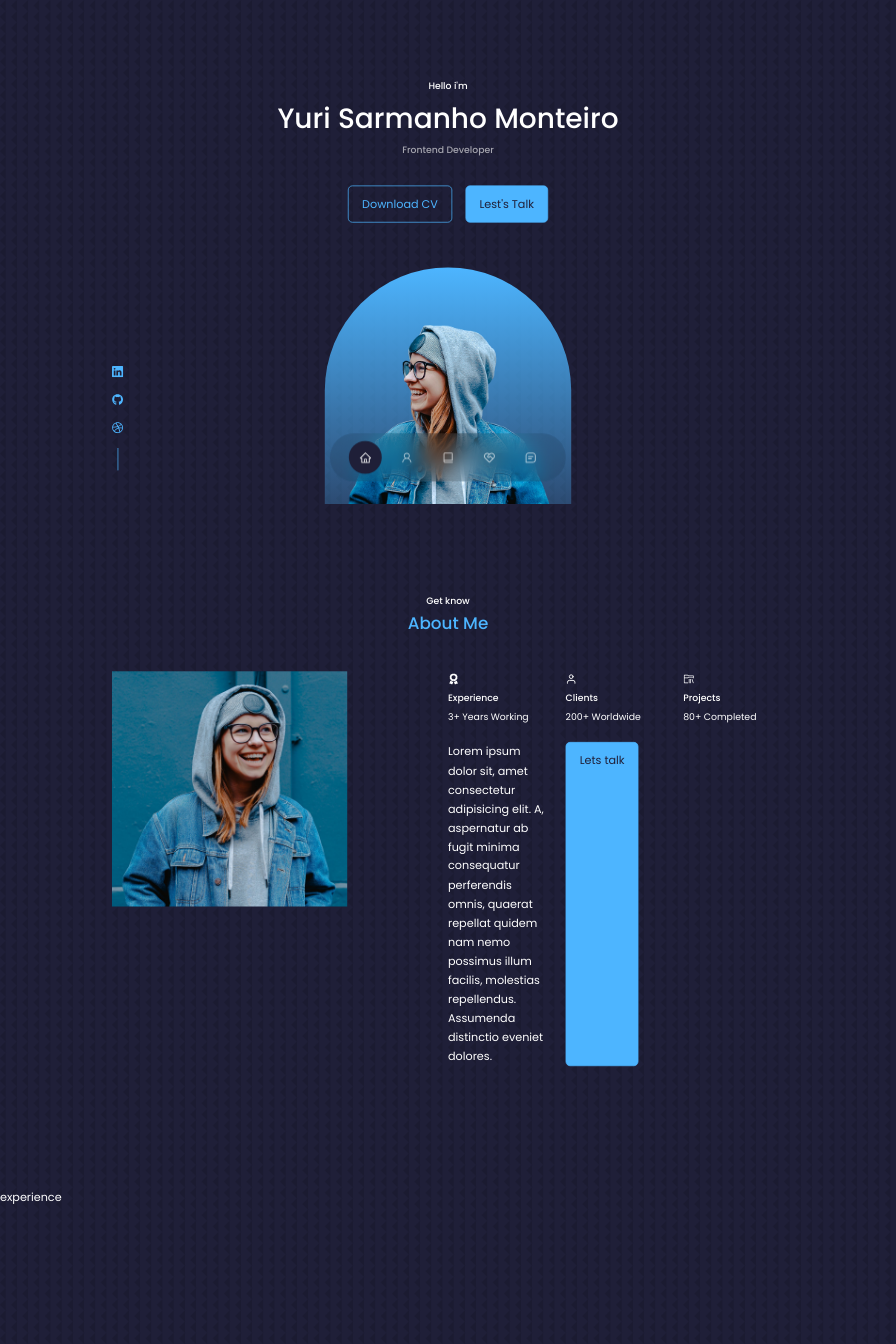
Repository: YuriSarmanho/Portifolio-
Page: / (app in portifolio/)
These files come from the project's save history. The page is drawn as it stood at one moment and after a run of saves; the edit follows.
The browser window is 1280 px wide. The pictures show the part of the page from y = 0 to 1920 px (the page is 5835 px tall), at 70% of full size.
The project was rebuilt for these pictures with package versions that can differ from the ones it lists, and the page was loaded fresh each time. Also part of the build but not shown: portifolio/src/Components/Contact/Contact.css, portifolio/src/Components/Testimonials/Testimonials.css. Imported but missing from the stored project, and not drawn on this page: portifolio/src/assets/cv.pdf.

Above is the page before, as saved 2022-05-13 15:07:42.

### portifolio/public/index.html
<!DOCTYPE html>
<html lang="pt-br">
<head>
    <meta charset="UTF-8">
    <meta http-equiv="X-UA-Compatible" content="IE=edge">
    <meta name="viewport" content="width=device-width, initial-scale=1.0">
    <title>Yuri Sarmanho Monteiro</title>
</head>
<body>
    <div id="root"></div>
</body>
</html>

### portifolio/src/index.js
import ReactDOM from 'react-dom'
import App from './App'

ReactDOM.render(<App/>, document.querySelector("#root"))

### portifolio/src/App.jsx
import React from "react";
import './index.css'

import Header from "./Components/Header/Header";
import About from "./Components/About/About";
import Contact from "./Components/Contact/Contact";
import Experience from "./Components/Experience/Experience";
import Footer from "./Components/Footer/Footer";
import Nav from "./Components/Nav/Nav";
import Testimonials from "./Components/Testimonials/Testimonials";
import Service from "./Components/Service/Service";
import Portifolio from "./Components/Portifolio/Portifolio";



const App = () => {
  return (
    <>
      <Header />
      <Nav/>
      <About />
      <Experience/>
      <Service/>
      <Portifolio/>
      <Testimonials/>
      <Contact/>
      <Footer/>
    </>
  );
};

export default App;

### portifolio/src/index.css
@import url('https://fonts.googleapis.com/css2?family=Poppins:wght@300;400;500;600&display=swap');

* {
  margin: 0;
  padding: 0;
  border: 0;
  outline: 0;
  box-sizing: border-box;
  list-style: none;
  text-decoration: none;
}
:root {
  --color-bg: #1f1f38;
  --color-bg-variant: #2c2c6c;
  --color-primary: #4db5ff;
  --color-primary-variant: rgba(77, 181, 255, 0.4);
  --color-white: #fff;
  --color-light: rgba(255, 255, 255, 0.6);

  --transition: all 400ms ease;

  --container-width-lg: 75%;
  --container-width-md: 86%;
  --container-width-sm: 90%;
}
html {
  scroll-behavior: smooth;
}
::-webkit-scrollbar {
  display: none;
}

body {
  font-family: "Poppins", sans-serif;
  background-color: var(--color-bg);
  color: var(--color-white);
  line-height: 1.7;
  background-image: url(../src/assets/bg-texture.png);
}

.container {
  width: var(--container-width-lg);
  margin: 0 auto;
}

h1,
h2,
h3,
h4,
h5 {
  font-weight: 500;
}
h1 {
  font-size: 2.5rem;
}
section {
  margin-top: 8rem;
  height: 100vh;
}
section > h2,
section > h5 {
  text-align: center;
  color: var(--color-ligth);
}

section > h2 {
  color: var(--color-primary);
  margin-bottom: 3rem;
}

.text-light {
  color: var(--color-light);
}
a {
  color: var(--color-primary);
  transition: var(--transition);
}
a:hover{
    color: var(--color-white);
}
.btn{
    width: max-content;
    display: inline-block;
    color: var(--color-primary);
    padding: 0.75rem 1.2rem;
    border-radius: 0.4rem;
    cursor: pointer;
    border: 1px solid var(--color-primary);
    transition: var(--transition);
}

.btn:hover{
    background-color: var(--color-white);
    color: var(--color-bg);
    border: transparent;
}

.btn-primary{
    background-color: var(--color-primary);
    color: var(--color-bg);
}

img{
  display: block;
  width: 100%;
  object-fit: cover;
}

/*MEDIUM DEVICE*/
@media screen and (max-width:1024px){
    .container{
        width: var(--container-width-md);
    }
    section{
        margin-top: 6rem;
    }
}

/*SMALL DEVICE*/
@media screen and (max-width:600px){
    .container{
        width: var(--container-width-sm);
    }
    section > h2{
        margin-bottom: 2rem;
    }
}

### portifolio/src/Components/Header/Header.jsx
import React from 'react'
import CTA from './CTA'
import ME from '../../assets/me.png'
import HeaderSocials from './HeaderSocials'
import './Header.css'

const header = () => {
  return (
    <header>
      <div className="container header__container">
        <h5>Hello i'm</h5>
        <h1>Yuri Sarmanho Monteiro</h1>
        <h5 className="text-light">Frontend Developer</h5>
        <CTA />
        <HeaderSocials/>
        <div className="me">
          <img src={ME} alt="foto de perfil" />
        </div>
      </div>
    </header>
  )
}

export default header

### portifolio/src/Components/About/About.jsx
import React from "react";
import ME from "../../assets/me-about.jpg";
import { FaAward } from "react-icons/fa";
import { FiUser } from "react-icons/fi";
import { VscFolderLibrary } from "react-icons/vsc";
import "./About.css";

const About = () => {
  return (
    //refactor
    <section id="about">
      <h5>Get know</h5>
      <h2>About Me</h2>

      <div className="container about__container">
        <div className="about__me">
          <div className="about__me-image">
            <img src={ME} alt="minha foto" />
          </div>
        </div>

        <div className="about__content">
          <div className="about__cards">
            <article className="about__card">
              <FaAward className="about__icon" />
              <h5>Experience</h5>
              <small>3+ Years Working</small>
            </article>

            <article className="about__card">
              <FiUser className="about__icon" />
              <h5>Clients</h5>
              <small>200+ Worldwide</small>
            </article>

            <article className="about__card">
              <VscFolderLibrary className="about__icon" />
              <h5>Projects</h5>
              <small>80+ Completed</small>
            </article>
            <p>
              Lorem ipsum dolor sit, amet consectetur adipisicing elit. A,
              aspernatur ab fugit minima consequatur perferendis omnis, quaerat
              repellat quidem nam nemo possimus illum facilis, molestias
              repellendus. Assumenda distinctio eveniet dolores.
            </p>
            <a href="#contact" className="btn btn-primary">
              Lets talk
            </a>
          </div>
        </div>
      </div>
    </section>
  );
};

export default About;

### portifolio/src/Components/Contact/Contact.jsx
import React from 'react'
import './Contact.css'
const Contact = () => {
  return (
    <section id='contact'>Contact</section>
  )
}

export default Contact

### portifolio/src/Components/Experience/Experience.jsx
import React from 'react'

const experience = () => {
  return (
    <section id='experience'>experience</section>
  )
}

export default experience

### portifolio/src/Components/Nav/Nav.jsx
import React, { useState } from "react";
import { AiOutlineHome } from "react-icons/ai";
import { AiOutlineUser } from "react-icons/ai";
import { BiBookAlt } from "react-icons/bi";
import { RiServiceLine } from "react-icons/ri";
import { BiMessageSquareDetail } from "react-icons/bi";
import "./Nav.css";

const Nav = () => {
  const [activeNav, setActiveNav] = useState("#");
  //Refatorar essa parte dps que acabar o projeto
  return (
    <nav>
      <a
        href="#"
        onClick={() => setActiveNav("#")}
        className={activeNav === "#" ? "active" : ""}
      >
        <AiOutlineHome />
      </a>
      <a
        href="#about"
        onClick={() => setActiveNav("#about")}
        className={activeNav === "#about" ? "active" : ""}
      >
        <AiOutlineUser />
      </a>
      <a
        href="#experience"
        onClick={() => setActiveNav("#experience")}
        className={activeNav === "#experience" ? "active" : ""}
      >
        <BiBookAlt />
      </a>
      <a
        href="#service"
        onClick={() => setActiveNav("#service")}
        className={activeNav === "#service" ? "active" : ""}
      >
        <RiServiceLine />
      </a>
      <a
        href="#contact"
        onClick={() => setActiveNav("#contact")}
        className={activeNav === "#contact" ? "active" : ""}
      >
        <BiMessageSquareDetail />
      </a>
    </nav>
  );
};

export default Nav;

### portifolio/src/Components/Testimonials/Testimonials.jsx
import React from 'react'
import './Testimonials.css'
const Testimonials = () => {
  return (
    <section id='testimonials'>Testimonials</section>
  )
}

export default Testimonials

### portifolio/src/Components/Service/Service.jsx
import React from 'react'

const Service = () => {
  return (
    <section id='service'>Service</section>
  )
}

export default Service

### portifolio/src/Components/Portifolio/Portifolio.jsx
import React from 'react'
import './Portifolio.css'
const Portifolio = () => {
  return (
    <section>Portifolio</section>
  )
}

export default Portifolio

### portifolio/src/Components/Header/CTA.jsx
import React from 'react'
import CV from '../../assets/cv.pdf'
const CTA = () => {
  return (
    <div className="cta">
        <a href={CV} download className='btn'>Download CV</a>
        <a href='#contact' className='btn btn-primary'>Lest's Talk</a>
    </div>
  )
}

export default CTA

### portifolio/src/Components/Header/HeaderSocials.jsx
import React from 'react'
import {BsLinkedin} from 'react-icons/bs'
import {FaGithub} from 'react-icons/fa'
import {FaDribbble} from 'react-icons/fa'
import './Header.css'

const HeaderSocials  = () => {
  return (
      <div className="header__socials">
          <a href="http://linkedin.com" target="_blank"><BsLinkedin/></a>
          <a href="http://github.com" target="_blank"><FaGithub/></a>
          <a href="http://dribbble.com" target="_blank"><FaDribbble/></a>
      </div>
  )
}

export default HeaderSocials

### portifolio/src/Components/Header/Header.css
header {
  height: 100vh;
  padding-top: 7rem;
  overflow: hidden;
}

.header__container {
  text-align: center;
  height: 100%;
  position: relative;
}

.cta {
  margin-top: 2.5rem;
  display: flex;
  gap: 1.2rem;
  justify-content: center;
}
.header__socials {
  display: flex;
  flex-direction: column;
  align-items: center;
  gap: 0.8rem;
  position: absolute;
  left: 0;
  bottom: 3rem;
}

.header__socials::after {
  content: "";
  width: 1px;
  height: 2rem;
  background-color: var(--color-primary);
}

.me {
  background: linear-gradient(var(--color-primary), transparent);
  width: 22rem;
  height: 30rem;
  position: absolute;
  left: calc(50% - 11rem);
  margin-top: 4rem;
  border-radius: 12rem 12rem 0 0;
  overflow: hidden;
  padding: 5rem 1.5rem 1.5rem 1.5rem;
}

.scroll__down {
  position: absolute;
  right: -2.3rem;
  bottom: 5rem;
  transform: rotate(90deg);
  font-weight: 300;
  font-size: 0.9rem;
}

/*MEDIUM DEVICE*/
@media screen and (max-width: 1024px) {
  header {
    height: 68vh;
  }
}

/*SMALL DEVICE*/
@media screen and (max-width: 600px) {
  header {
    height: 100vh;
  }
  .header__socials,
  .scroll__down {
    display: none;
  }
}

### portifolio/src/Components/About/About.css
.about__container {
  display: grid;
  grid-template-columns: 35% 50%;
  gap: 15%;
}

.about__me {
  width: 100%;
  aspect-ratio: 1/1;
  border-radius: 2rem;
  background: linear-gradient(
    45deg,
    transparent,
    var(--color-primary),
    transparent
  );
  display: grid;
  place-content: center;
}

.aboutme__me-image {
  border-radius: 2rem;
  overflow: hidden;
  transform: rotate(10deg);
  transition: var(--transition);
}

.about__me-image:hover {
  transform: rotate(0);
}
.about__cards {
  display: grid;
  grid-template-columns: repeat(3, 1fr);
  gap: 1.5rem;
}

.about__card {
    background: var(--color-);
}

### portifolio/src/Components/Nav/Nav.css
nav {
  background-color: rgba(0, 0, 0, 0.1);
  width: max-content;
  display: block;
  padding: 0.7rem 1.7rem;
  z-index: 2;
  position: fixed;
  left: 50%;
  transform: translate(-50%);
  bottom: 2rem;
  display: flex;
  gap: 0.8rem;
  border-radius: 3rem;
  backdrop-filter: blur(15px);
}

nav a {
  background: transparent;
  padding: 0.9rem;
  border-radius: 50%;
  display: flex;
  color: var(--color-light);
  font-size: 1.1rem;
}

nav a:hover {
  background-color: rgba(0, 0, 0, 0.3);
}

nav a.active {
  background: var(--color-bg);
  color: var(--color-white);
}

Loaded but not shown: portifolio/src/Components/Footer/Footer.jsx (common file); portifolio/src/Components/Portifolio/Portifolio.css (no stored copy; drawn as an empty file)

After the next 2 saves:
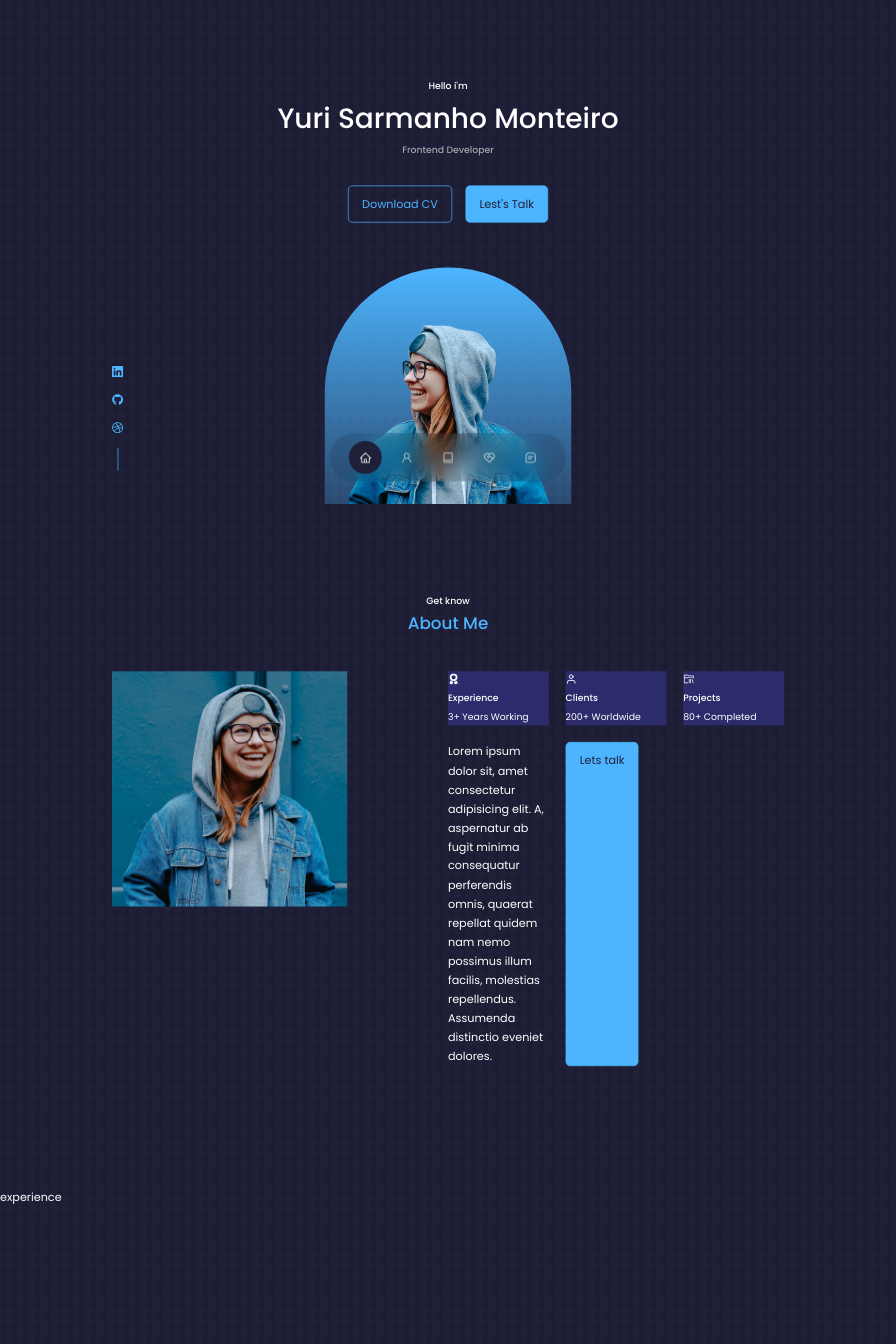
The 2 saves are shown as one change because they came seconds apart.
The last was saved 7 s later.
--- a/portifolio/src/Components/About/About.css
+++ b/portifolio/src/Components/About/About.css
@@ -35,5 +35,6 @@
 }
 
 .about__card {
-    background: var(--color-);
+    background: var(--color-bg-variant);
+    background: var(--color-bg-variant);
 }
